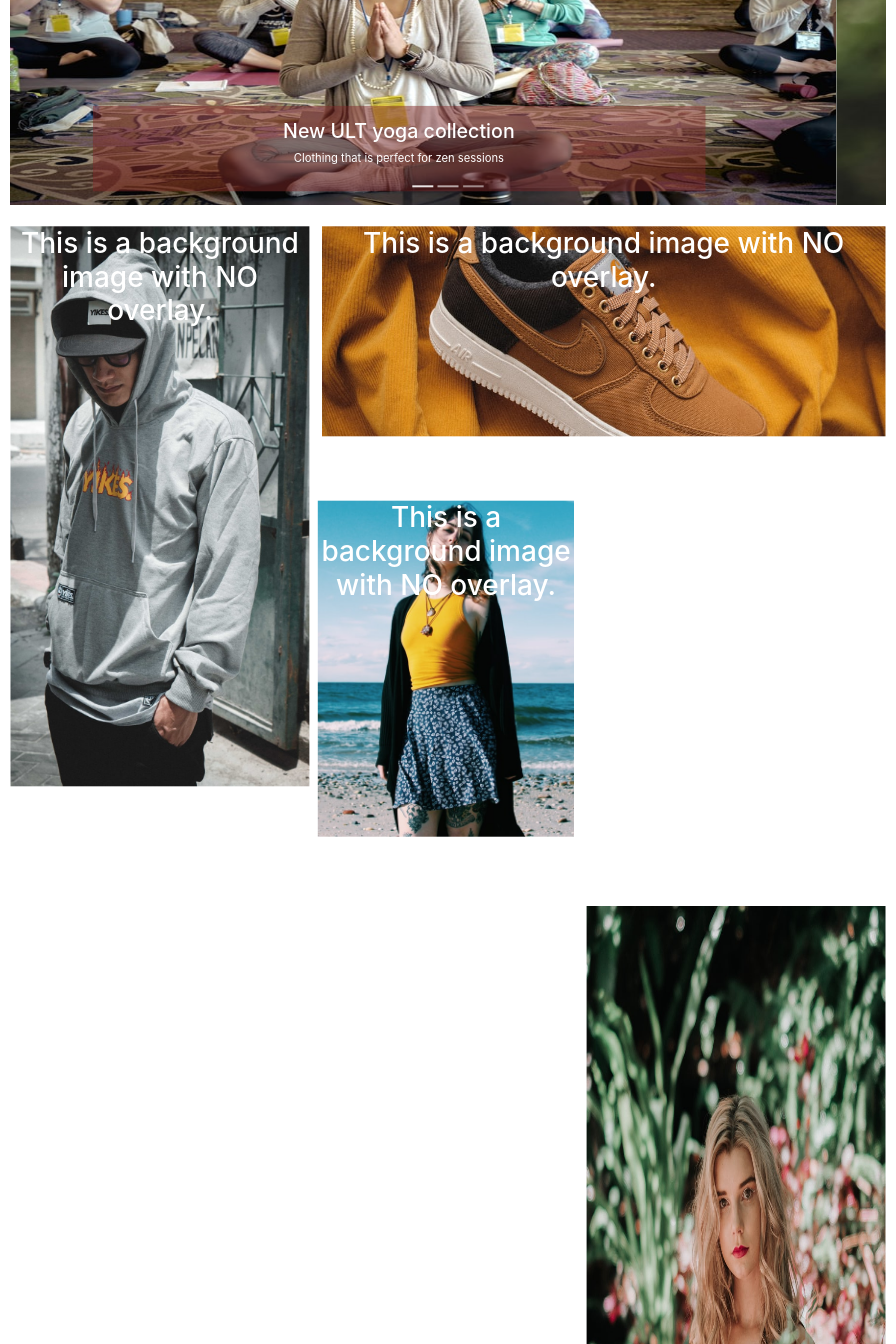
Repository: Ajtheult/Luma-Challenge-Site
Page: /
These files come from the project's save history. The page is drawn as it stood at one moment and after the next save; the edit follows.
The browser window is 1280 px wide. The pictures show the part of the page from y = 315 to 2235 px (the page is 3764 px tall), at 70% of full size.
The project was rebuilt for these pictures with package versions that can differ from the ones it lists, and the page was loaded fresh each time.

Above is the page before, as saved 2020-08-31 12:07:35.

After the next save:
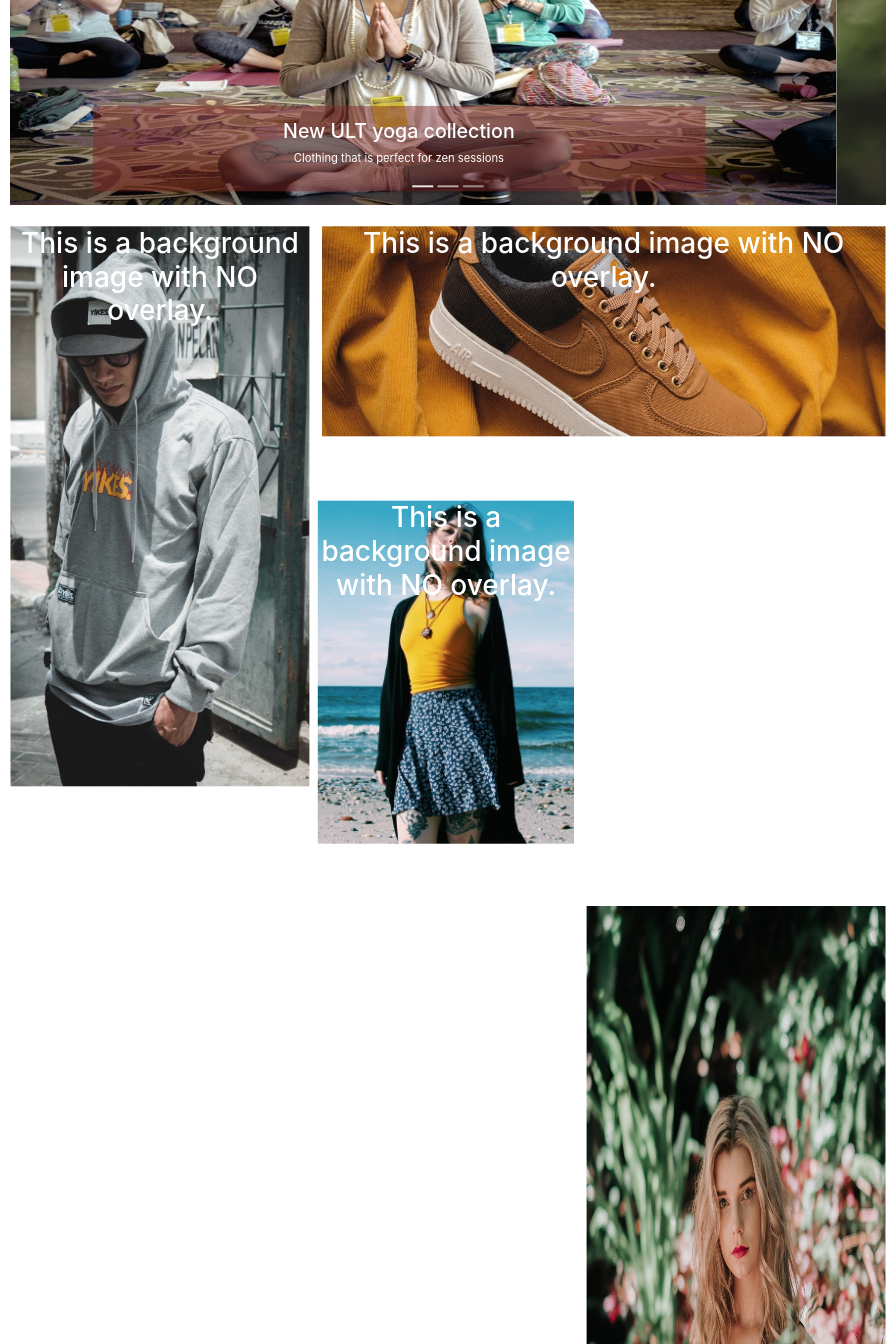
Saved 4 s later.
--- a/src/components/layout/pages/Home.css
+++ b/src/components/layout/pages/Home.css
@@ -38,7 +38,7 @@
   background-position: center center;
   color: #fff;
   width: 60%;
-  height: 480px;
+  height: 490px;
   margin-top: -67%;
   margin-right: -32%;
   float: right;
